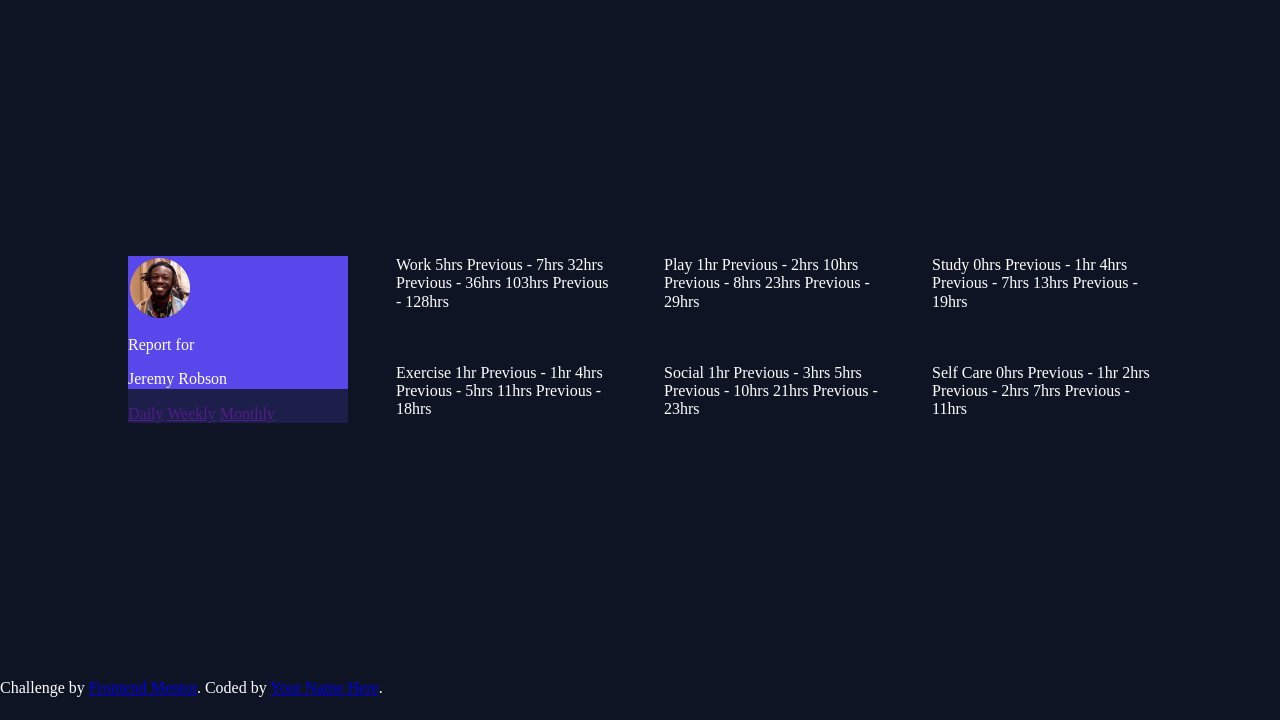
Repository: Jay-JYKim91/FM_time-tracking-dashboard
Page: index.html
An editor plug-in stored every save of this project. The page is shown before and after the next save, followed by the edit.
The browser window is 1280 px wide. The pictures show the whole page.

Above is the page before, as saved 2021-12-15 22:21:42.

### index.html
<!DOCTYPE html>
<html lang="en">
<head>
  <meta charset="UTF-8">
  <meta name="viewport" content="width=device-width, initial-scale=1.0"> <!-- displays site properly based on user's device -->

  <link rel="icon" type="image/png" sizes="32x32" href="./images/favicon-32x32.png">

  <title>Time tracking dashboard</title>
  <link rel="stylesheet" href="https://cdnjs.cloudflare.com/ajax/libs/normalize/8.0.1/normalize.min.css" integrity="sha512-NhSC1YmyruXifcj/KFRWoC561YpHpc5Jtzgvbuzx5VozKpWvQ+4nXhPdFgmx8xqexRcpAglTj9sIBWINXa8x5w==" crossorigin="anonymous" referrerpolicy="no-referrer" />
  <link rel="preconnect" href="https://fonts.googleapis.com">
  <link rel="preconnect" href="https://fonts.gstatic.com" crossorigin>
  <link href="https://fonts.googleapis.com/css2?family=Rubik:wght@300;400;500&display=swap" rel="stylesheet">
  <link rel="stylesheet" href="style.css">
  <script src="main.js" defer></script>
</head>
<body>
  <section class="container">
    <article class="card">
        <div>
          <div class="profile-img-box">
            <img src="./images/image-jeremy.png" alt="jeremy" class="profile">
          </div>
          <p>Report for</p>
          <p class="name">Jeremy Robson</p>
        </div>
        <a href="">Daily</a>
        <a href="">Weekly</a>
        <a href="">Monthly</a>



    </article>
    <article class="card">
      Work
  5hrs <!-- daily -->
  Previous - 7hrs <!-- daily -->
  32hrs <!-- weekly -->
  Previous - 36hrs <!-- weekly -->
  103hrs <!-- monthly -->
  Previous - 128hrs <!-- monthly -->
    </article>
    <article class="card">
      Play
  1hr <!-- daily -->
  Previous - 2hrs <!-- daily -->
  10hrs <!-- weekly -->
  Previous - 8hrs <!-- weekly -->
  23hrs <!-- monthly -->
  Previous - 29hrs <!-- monthly -->


    </article>
    <article class="card">
      Study
  0hrs <!-- daily -->
  Previous - 1hr <!-- daily -->
  4hrs <!-- weekly -->
  Previous - 7hrs <!-- weekly -->
  13hrs <!-- monthly -->
  Previous - 19hrs <!-- monthly -->


    </article>
    <article class="card">
      Exercise
  1hr <!-- daily -->
  Previous - 1hr <!-- daily -->
  4hrs <!-- weekly -->
  Previous - 5hrs <!-- weekly -->
  11hrs <!-- monthly -->
  Previous - 18hrs <!-- monthly -->


    </article>
    <article class="card">
      Social
  1hr <!-- daily -->
  Previous - 3hrs <!-- daily -->
  5hrs <!-- weekly -->
  Previous - 10hrs <!-- weekly -->
  21hrs <!-- monthly -->
  Previous - 23hrs <!-- monthly -->


    </article>
    <article class="card">
      Self Care
  0hrs <!-- daily -->
  Previous - 1hr <!-- daily -->
  2hrs <!-- weekly -->
  Previous - 2hrs <!-- weekly -->
  7hrs <!-- monthly -->
  Previous - 11hrs <!-- monthly -->
    </article>
  </section>








  <div class="attribution">
    Challenge by <a href="https://www.frontendmentor.io?ref=challenge" target="_blank">Frontend Mentor</a>.
    Coded by <a href="#">Your Name Here</a>.
  </div>
</body>
</html>

### style.css
:root {
  --body-font: "Rubik", sans-serif;

  --blue: hsl(246, 80%, 60%);
  --light-red: hsl(15, 100%, 70%);
  --soft-blue: hsl(195, 74%, 62%);
  --light-red: hsl(348, 100%, 68%);
  --lime-green: hsl(145, 58%, 55%);
  --violet: hsl(264, 64%, 52%);
  --soft-orange: hsl(43, 84%, 65%);
  --very-dark-blue: hsl(226, 43%, 10%);
  --dark-blue: hsl(235, 46%, 20%);
  --desaturated-blue: hsl(235, 45%, 61%);
  --pale-blue: hsl(236, 100%, 87%);
}
/* --Light red (work): hsl(15, 100%, 70%)
--Soft blue (play): hsl(195, 74%, 62%)
--Light red (study): hsl(348, 100%, 68%)
--Lime green (exercise): hsl(145, 58%, 55%)
--Violet (social): hsl(264, 64%, 52%) */
body {
  background-color: var(--very-dark-blue);
  color: white;
}
.container {
  width: 80vw;
  margin: 20% auto;
  display: grid;
  grid-template-columns: repeat(4, 1fr);
  gap: 3em;
}
.card {
  /* padding: 30px; */
}
.card:first-child {
  grid-row: 1 / 3;
  background-color: var(--dark-blue);
}
.card:first-child div {
  background-color: var(--blue);
}
.profile-img-box {
  width: 64px;
  height: 64px;
  border-radius: 50%;
  background-color: white;
}
.profile {
  width: 60px;
  margin: 2px;
}
@media (min-width: 768px) and (max-width: 1023px) {
}

@media (max-width: 767px) {
}

Loaded but not shown: main.js (empty)

After the next save:
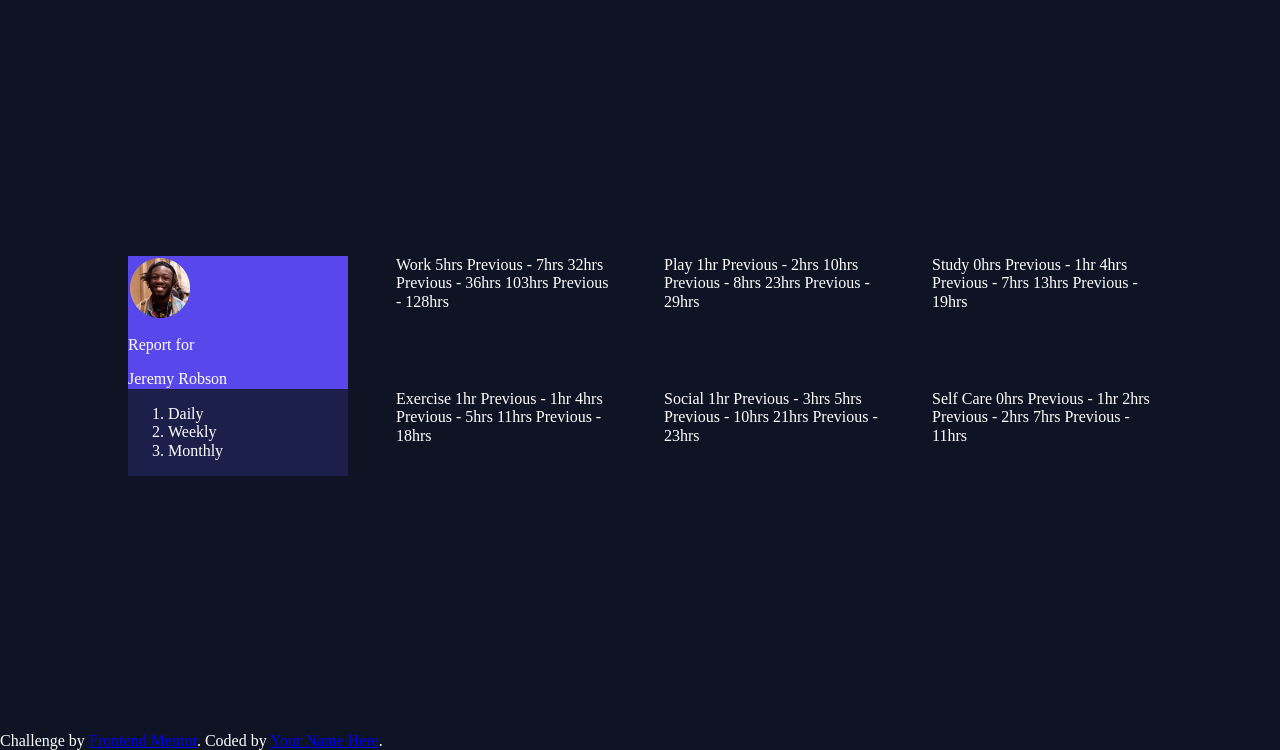
Saved 31 s later.
--- a/index.html
+++ b/index.html
@@ -24,11 +24,11 @@
           <p>Report for</p>
           <p class="name">Jeremy Robson</p>
         </div>
-        <a href="">Daily</a>
-        <a href="">Weekly</a>
-        <a href="">Monthly</a>
-
-
+        <ol>
+          <li>Daily</li>
+          <li>Weekly</li>
+          <li>Monthly</li>
+        </ol>
 
     </article>
     <article class="card">
